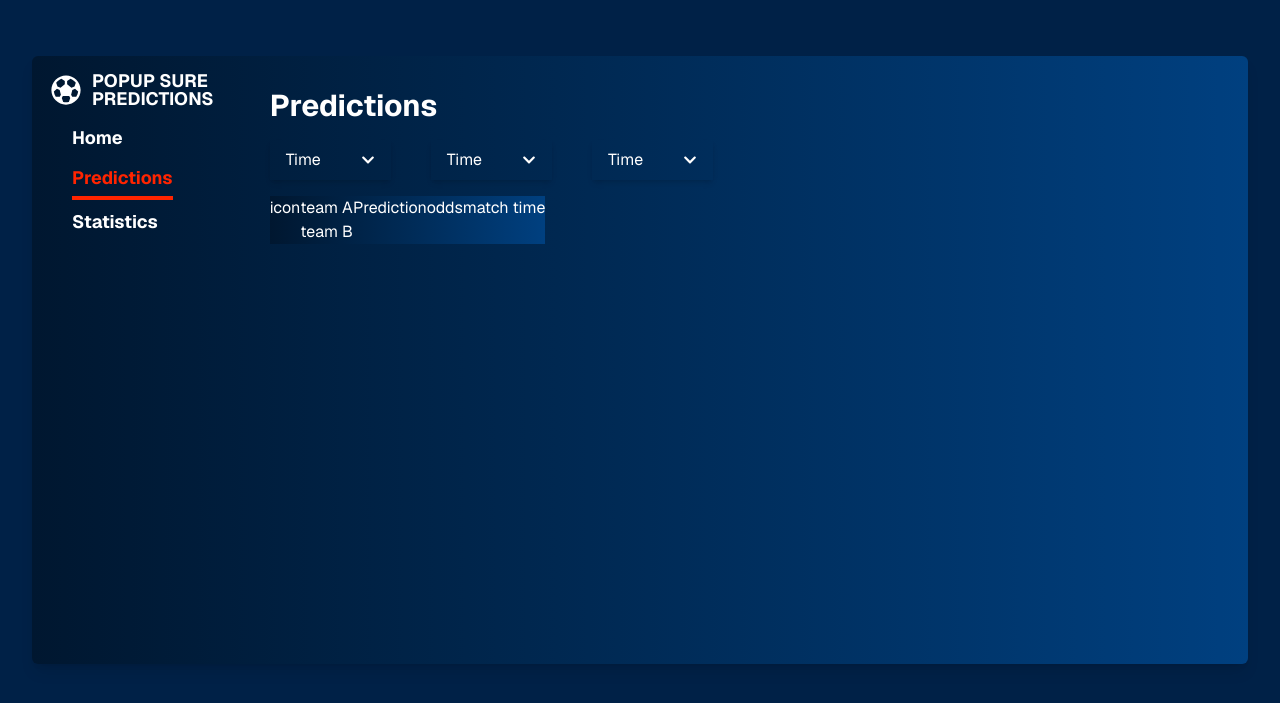
Repository: prototypedave/AlgoFooty
Page: /predictions (app in frontend/algo-footy/)
The author's editor kept a copy of each file at every save. The page is drawn from the files as they stood at one save, then again after the next save.
The browser window is 1280 px wide. The pictures show the whole page.
The project was rebuilt for these pictures with package versions that can differ from the ones it lists, and the page was loaded fresh each time. The framework's server and built-in components were replaced by stand-ins that run in the browser. Also part of the build but not shown: frontend/algo-footy/next.config.ts.

Above is the page before, as saved 2025-11-03 07:59:10.

After the next save:
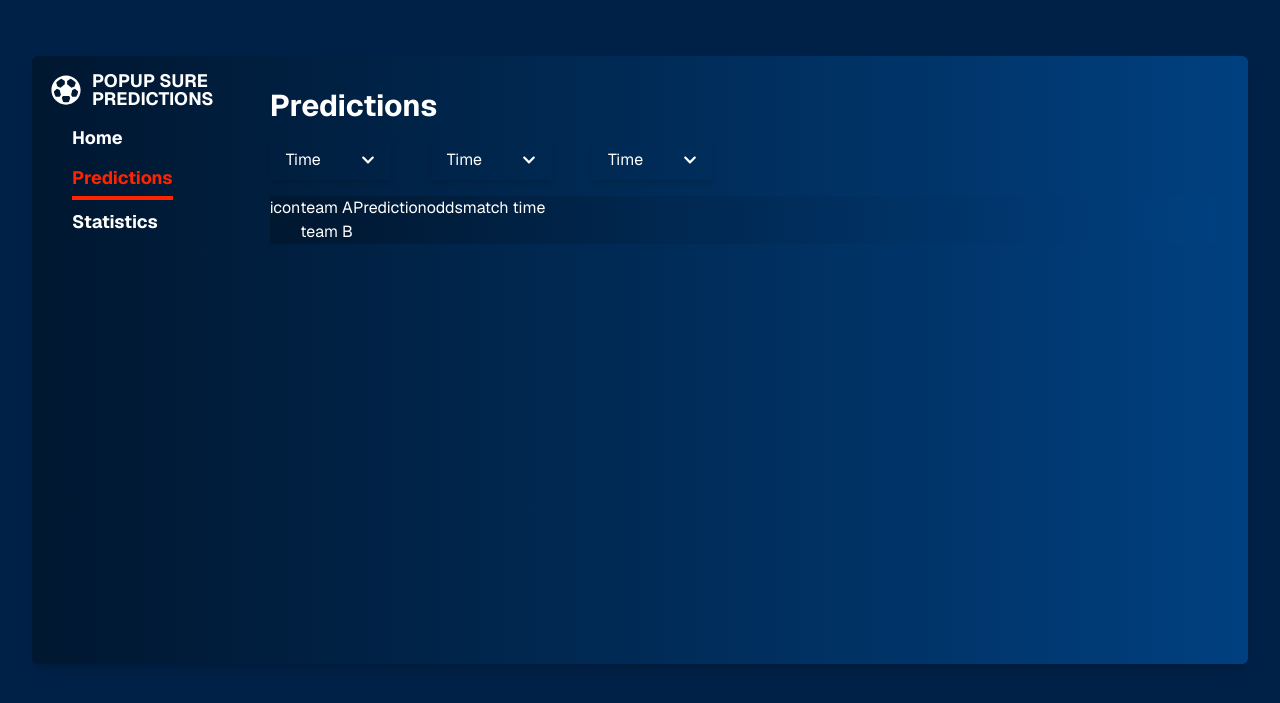
Saved 17 s later.
--- a/frontend/algo-footy/app/predictions/page.tsx
+++ b/frontend/algo-footy/app/predictions/page.tsx
@@ -44,7 +44,7 @@ export default function Predictions() {
                             <DropdownButton />
                     </div>
                     <div className="flex w-full">
-                        <ol>
+                        <ol className="w-full">
                             <li className="flex bg-gradient-to-r from-[#001730] to-[#004080] w-full">
                                 <p>icon</p>
                                 <div>
